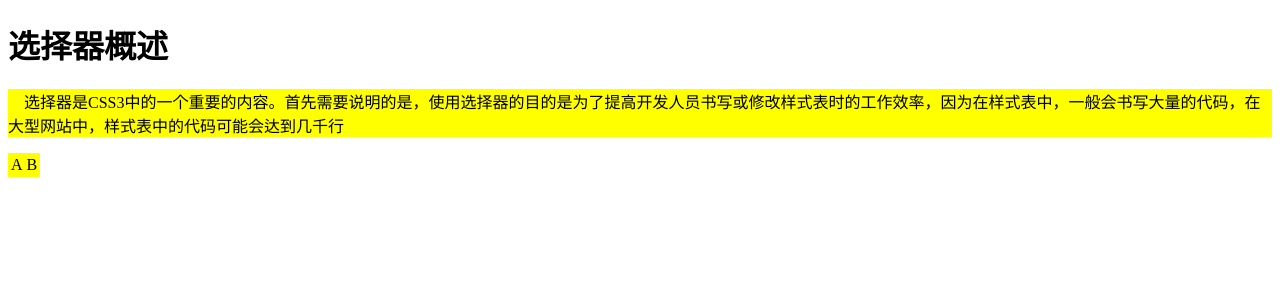
Repository: zdsherlock/HtmlCssLearn
Page: CSS/test-attSelect/index2.html
These files come from the project's save history. The page is drawn as it stood at one moment and after the next save; the edit follows.
The browser window is 1280 px wide. The pictures show the whole page.

Above is the page before, as saved 2021-05-06 02:30:53.

### CSS/test-attSelect/index2.html
<!DOCTYPE html>
<html lang="en">
<head>
    <meta charset="UTF-8">
    <meta http-equiv="X-UA-Compatible" content="IE=edge">
    <meta name="viewport" content="width=device-width, initial-scale=1.0">
    <title>结构性伪类选择器</title>
    <style>
        body *:not(h1){
            background-color: yellow;
        }
    </style>
</head>
<body>
    <h1>选择器概述</h1>
    <p>
        &nbsp;&nbsp;&nbsp;&nbsp;选择器是CSS3中的一个重要的内容。首先需要说明的是，使用选择器的目的是为了提高开发人员书写或修改样式表时的工作效率，因为在样式表中，一般会书写大量的代码，在大型网站中，样式表中的代码可能会达到几千行
    </p>

    <table>
       <tr>
           <td>A</td>
           <td>B</td>
       </tr>
    </table>
</body>
</html>

After the next save:
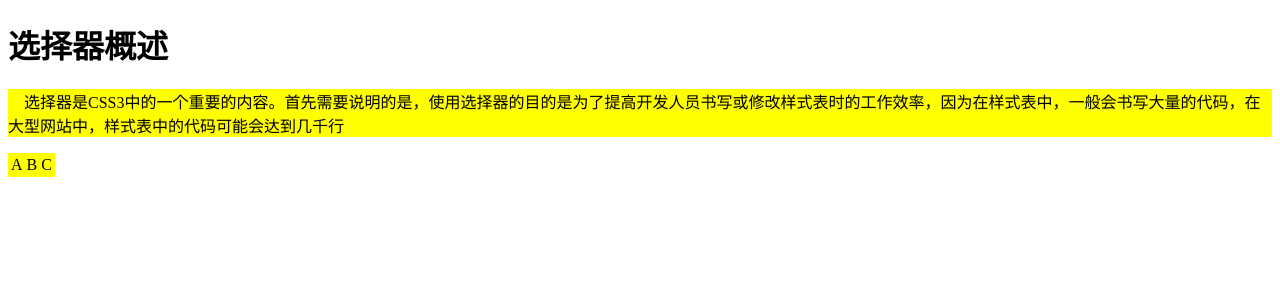
Saved 11 s later.
--- a/CSS/test-attSelect/index2.html
+++ b/CSS/test-attSelect/index2.html
@@ -21,6 +21,7 @@
        <tr>
            <td>A</td>
            <td>B</td>
+           <td>C</td>
        </tr>
     </table>
 </body>
